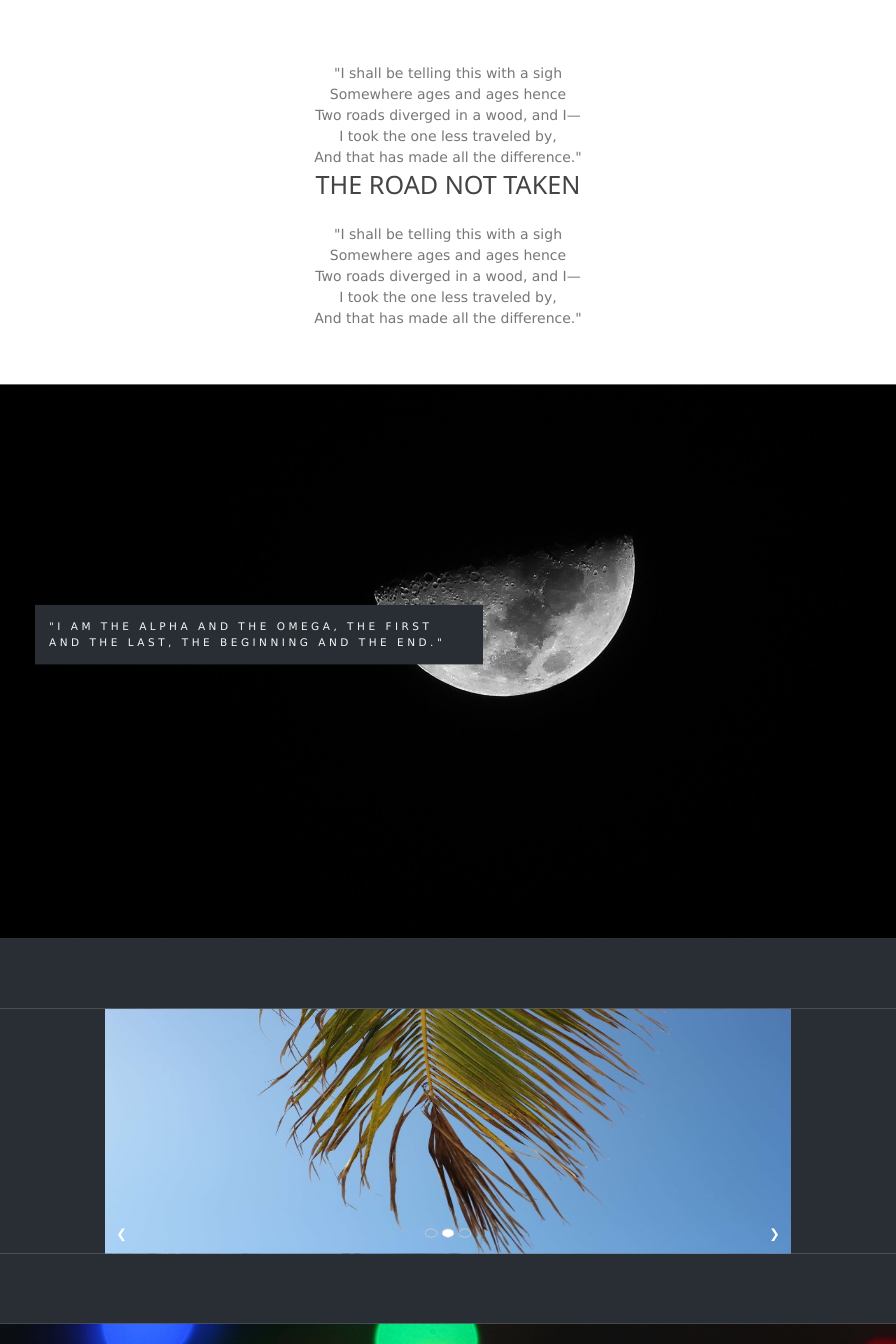
Repository: Jasondhillon/jasondhillon.github.io
Page: index.html
These files come from the project's save history. The page is drawn as it stood at one moment and after the next save; the edit follows.
The browser window is 1280 px wide. The pictures show the part of the page from y = 813 to 2733 px (the page is 3766 px tall before and 3786 px after), at 70% of full size.
Backgrounds fixed to the window are drawn as part of the page.

Above is the page before, as saved 2020-04-07 17:13:55.

After the next save:
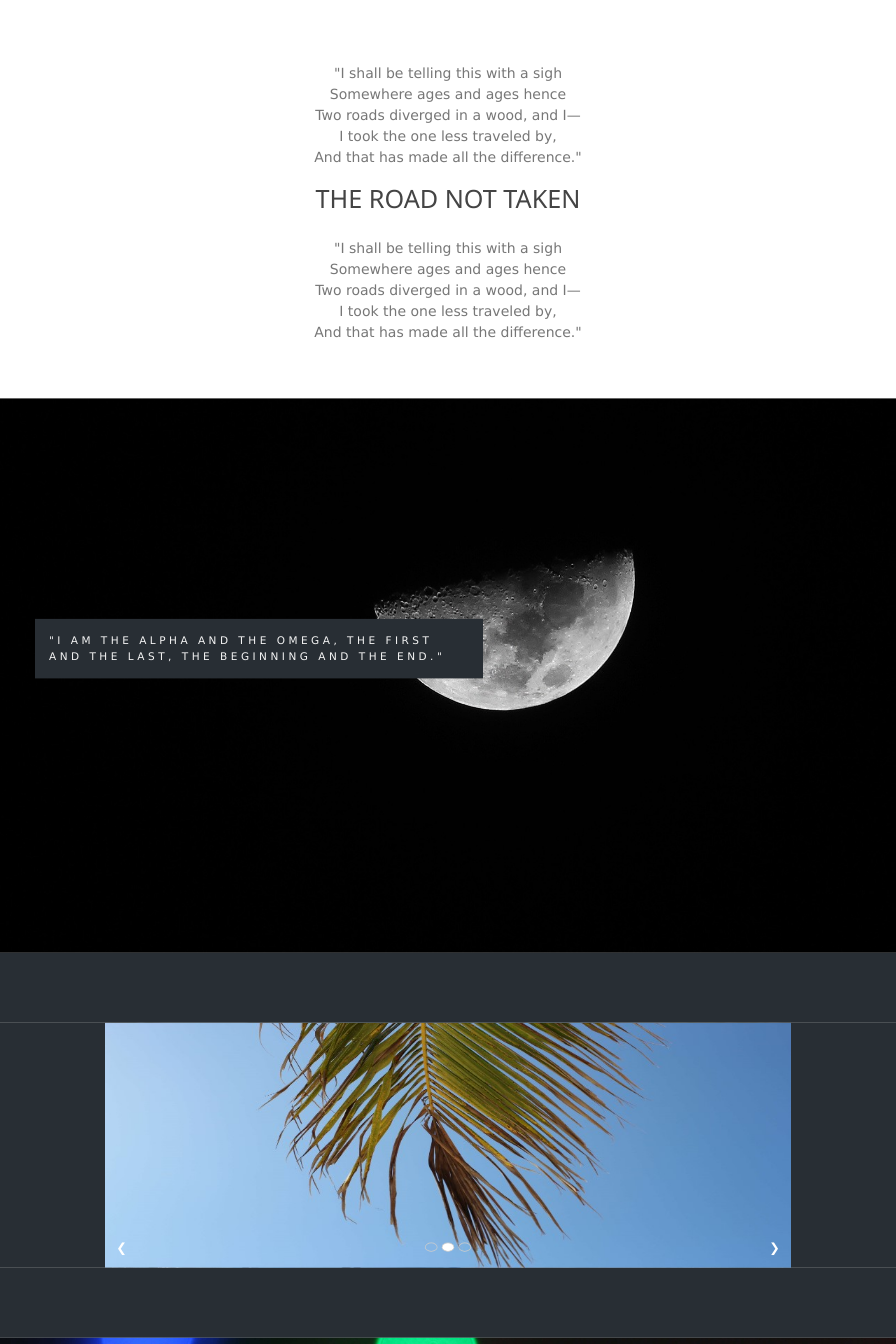
Saved 18 s later.
--- a/index.html
+++ b/index.html
@@ -199,7 +199,7 @@
 
 <!-- Quote  -->
   <div style="background-color: white; padding: 80px 50px; line-height: 30px;">
-    <p id="quote" style="text-align: center; width:40%; white-space:pre-line; margin: 0 auto; font-size: 20px; color: #777">
+    <p id="quote" style="padding-bottom: 20px; text-align: center; width:40%; white-space:pre-line; margin: 0 auto; font-size: 20px; color: #777">
       "I shall be telling this with a sigh
       Somewhere ages and ages hence
       Two roads diverged in a wood, and I—
